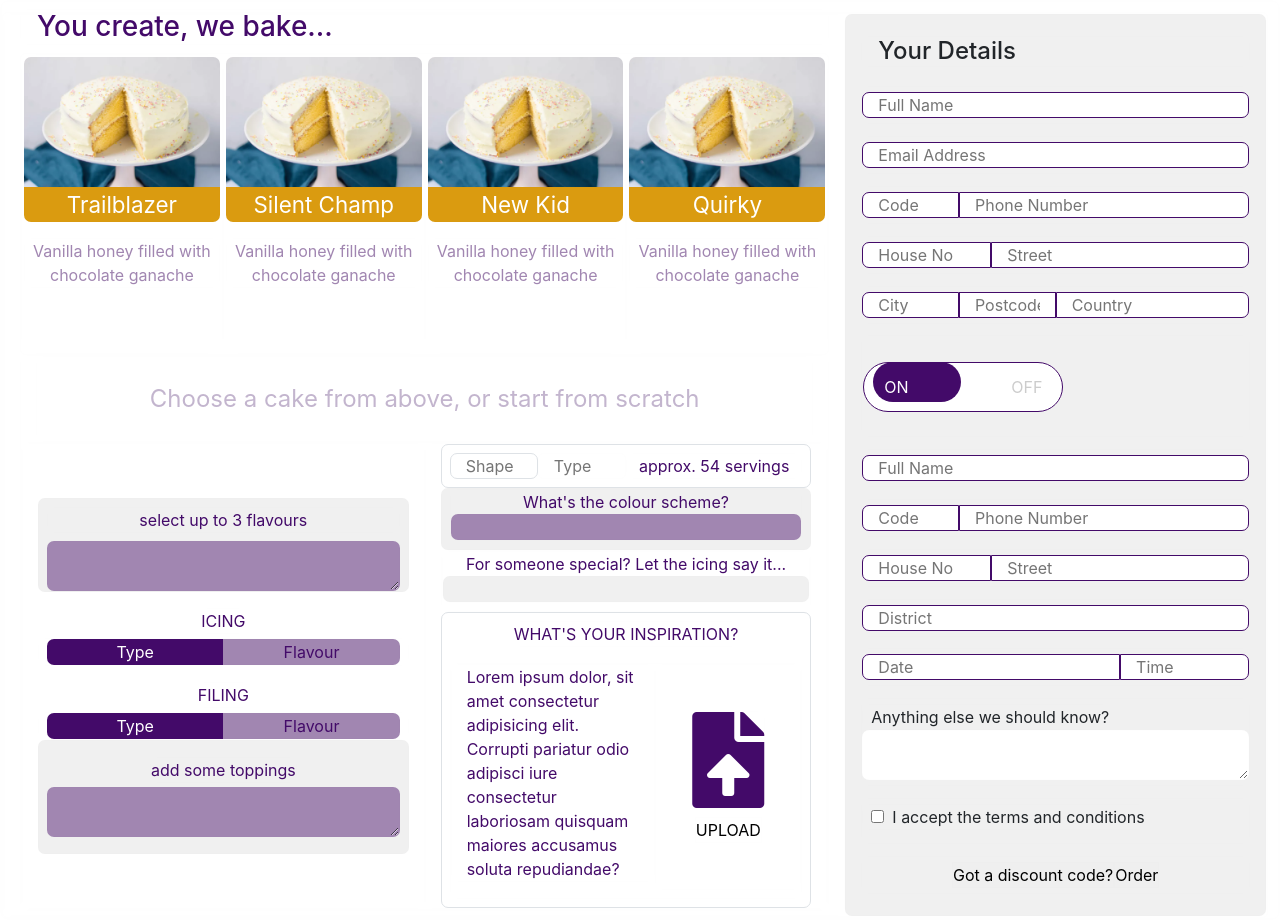
Repository: I-Alpha/BakeryOrderForm
Page: Order-Page.html
The author's editor kept a copy of each file at every save. The page is drawn from the files as they stood at one save, then again after a run of saves.
The browser window is 1280 px wide. The pictures show the whole page.
The first `body span.switcher.switcher-1 input` is checked.

Above is the page before, as saved 2020-12-29 05:03:39.

After the next 2 saves:
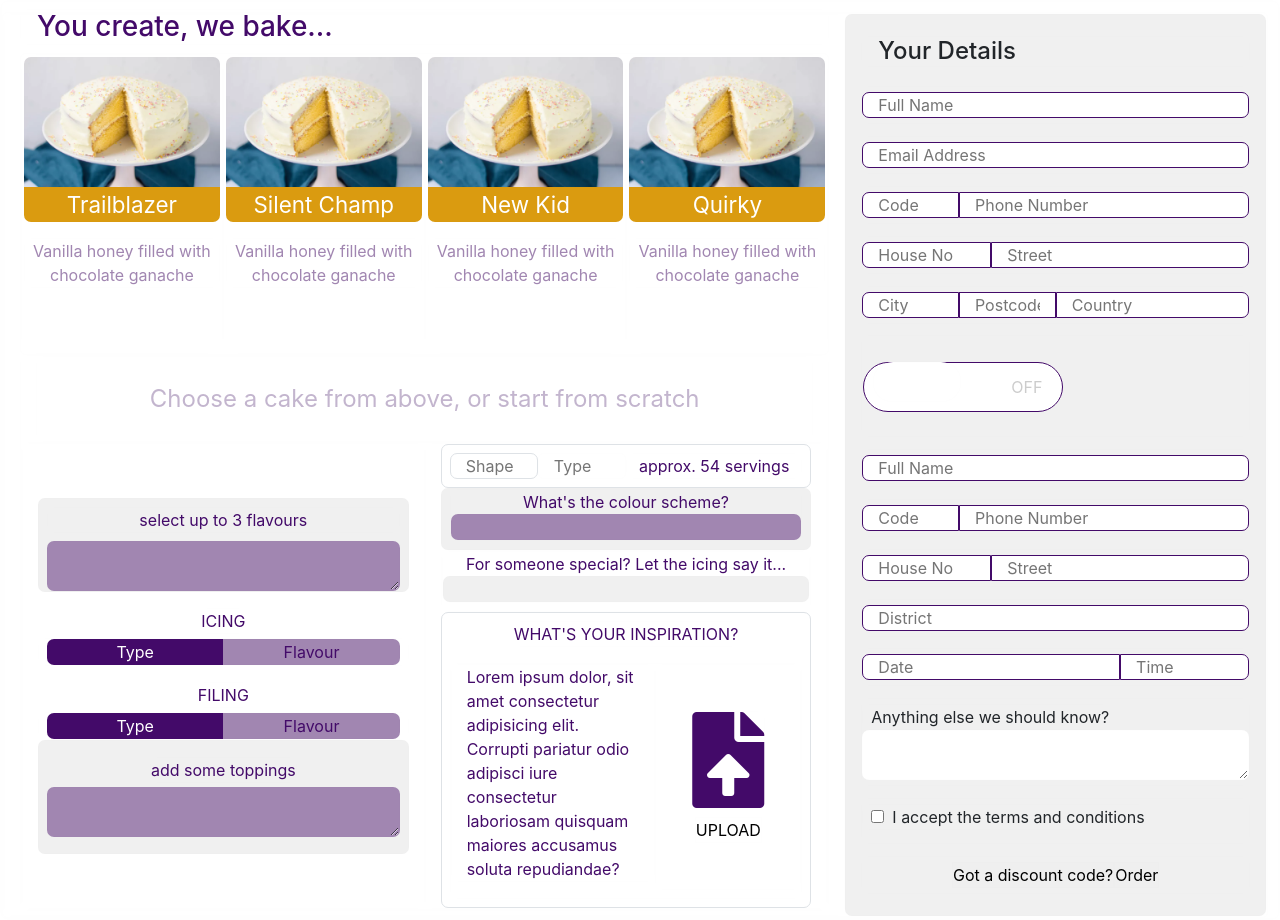
The 2 saves are shown as one change because they came seconds apart.
The last was saved 23 s later.
--- a/Order-Page.html
+++ b/Order-Page.html
@@ -107,7 +107,7 @@
         body span.switcher.switcher-1 input:checked+label {
             left: 10px;
             right: 100px;
-            background:  var(--primary-colour);
+            background:  white;
             transition: left 0.5s, right 0.4s 0.2s;
         }
 
